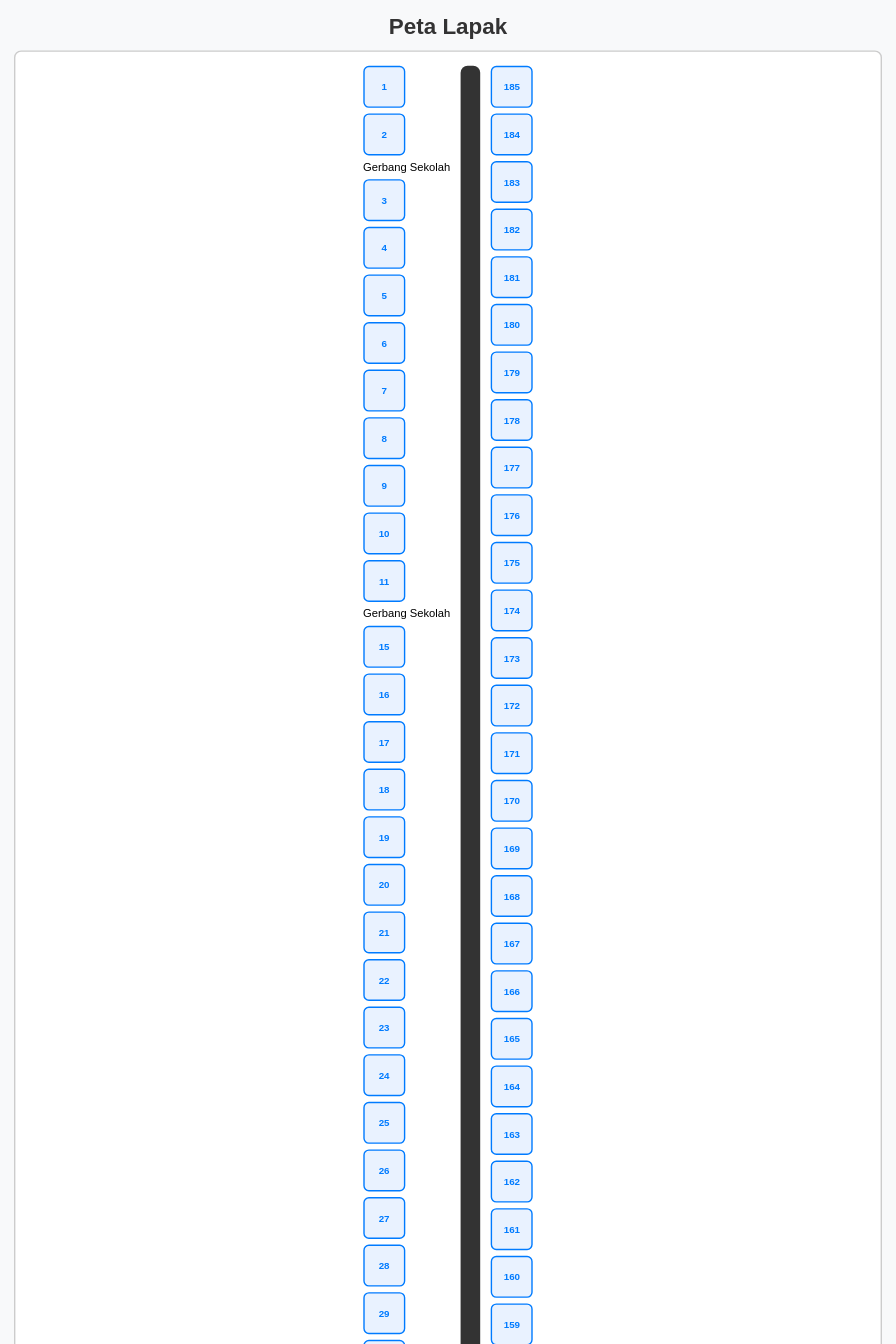
Repository: pasarrakyatbak/denah
Page: index.html
An editor plug-in stored every save of this project. The page is shown before and after the next save, followed by the edit.
The browser window is 1280 px wide. The pictures show the part of the page from y = 0 to 1920 px (the page is 7592 px tall before and 7572 px after), at 70% of full size.

Above is the page before, as saved 2025-09-19 08:11:05.

After the next save:
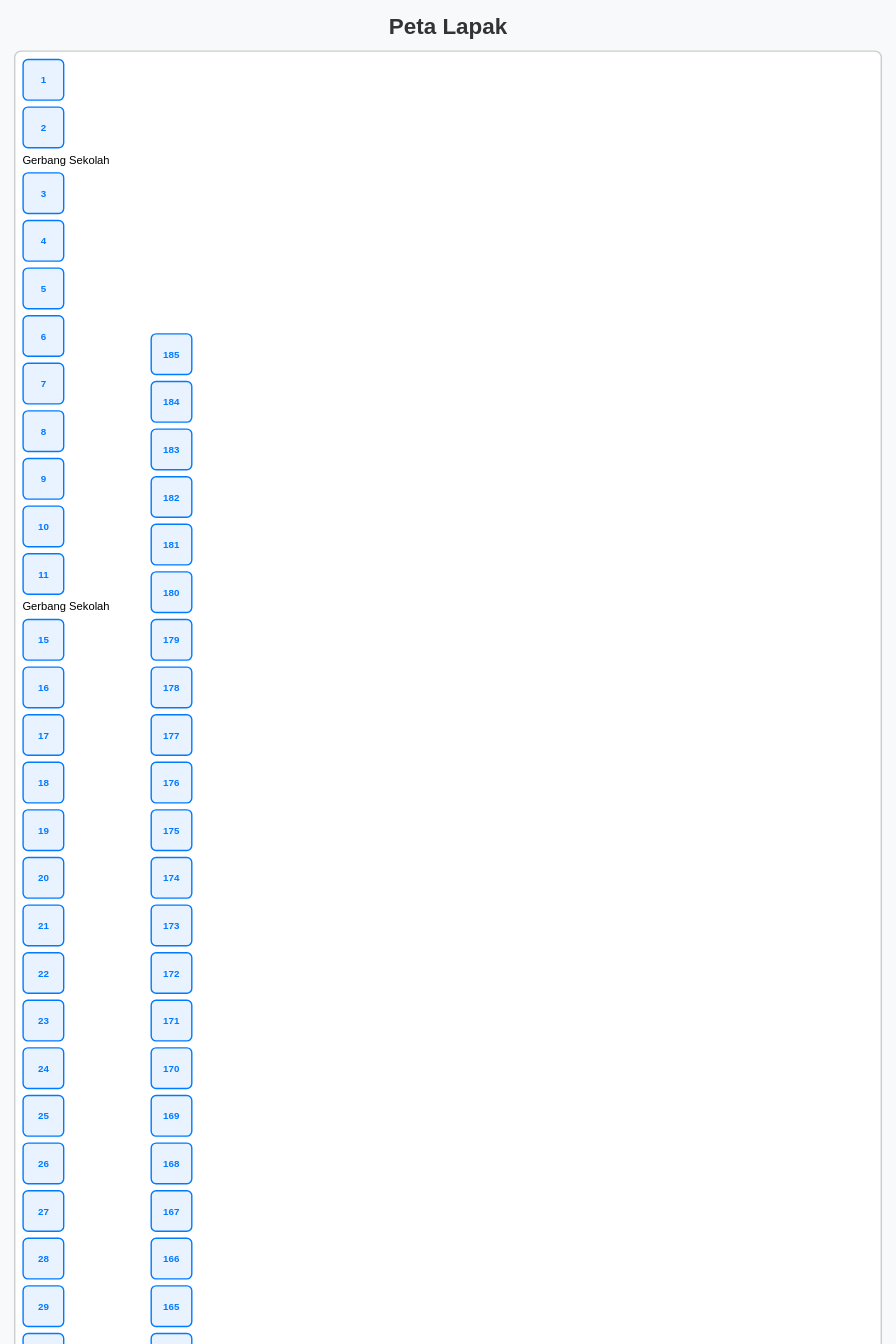
Saved 8 s later.
--- a/style.css
+++ b/style.css
@@ -32,8 +32,9 @@ h1 {
 .road-layout {
     display: flex;
     flex-direction: row;
-    justify-content: center;
-    padding: 10px;
+    /* urut dari kiri ke kanan */
+    align-items: flex-end;
+    /* biar sisi kiri (nomor kecil) ada di bawah */
     gap: 15px;
 }
 
